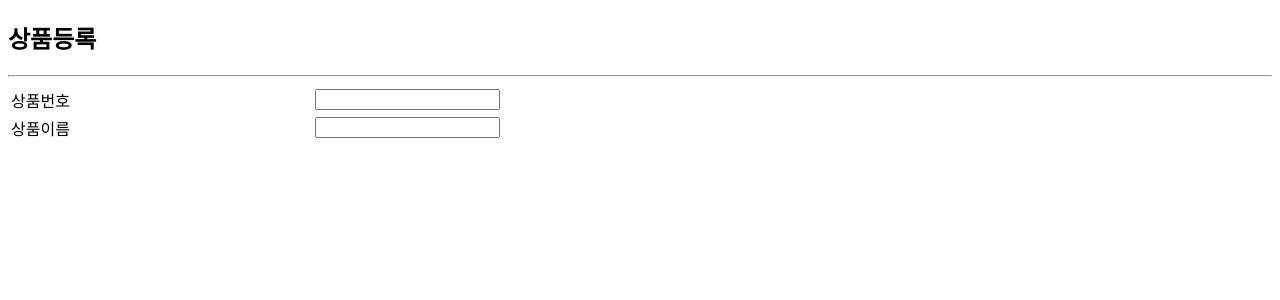
Repository: kimwoongasd/JSPAndServlet
Page: http://localhost/day1226/insertGoods.jsp
The author's editor kept a copy of each file at every save. The page is drawn from the files as they stood at one save, then again after the next save.
The browser window is 1280 px wide. The pictures show the whole page.
The page is served by Tomcat 9. Other server files are loaded and not shown.

Above is the page before, as saved 2023-12-26 03:46:37.

### day1226/src/main/webapp/insertGoods.jsp
<%@ page language="java" contentType="text/html; charset=UTF-8"
    pageEncoding="UTF-8"%>
<!DOCTYPE html>
<html>
<head>
<meta charset="UTF-8">
<title>Insert title here</title>
</head>
<body>
	<h2>상품등록</h2>
	<hr>
	<form action="insetGoodsOK.jsp" method="post">
		<table width="80%">
			<tr>
				<td width="30%">상품번호</td>
				<td width="70%">
					<input type="text" name="no" required="required">
				</td>
			</tr>
			<tr>
				<td>상품이름</td>
				<td>
					<input type="text" name="name" required="required">
				</td>
			</tr>
		</table>
	</form>
</body>
</html>

After the next save:
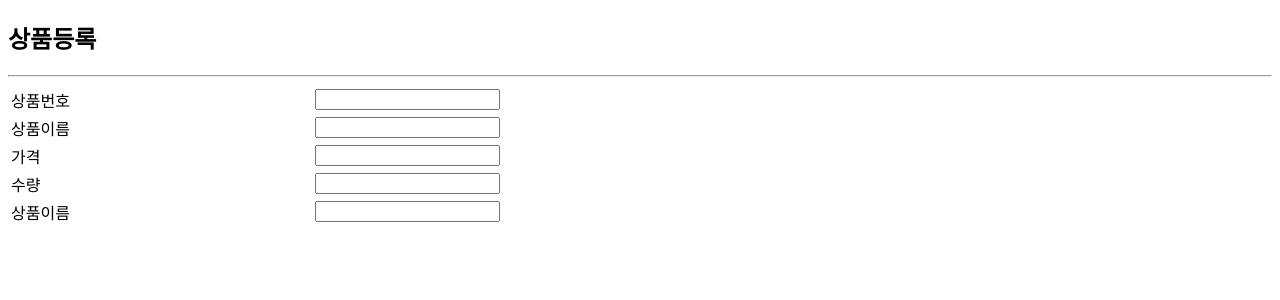
Saved 45 s later.
--- a/day1226/src/main/webapp/insertGoods.jsp
+++ b/day1226/src/main/webapp/insertGoods.jsp
@@ -23,6 +23,27 @@
 					<input type="text" name="name" required="required">
 				</td>
 			</tr>
+
+			<tr>
+				<td>가격</td>
+				<td>
+					<input type="text" name="price" required="required">
+				</td>
+			</tr>
+
+			<tr>
+				<td>수량</td>
+				<td>
+					<input type="text" name="qty" required="required">
+				</td>
+			</tr>
+
+			<tr>
+				<td>상품이름</td>
+				<td>
+					<input type="text" name="name" required="required">
+				</td>
+			</tr>
 		</table>
 	</form>
 </body>
